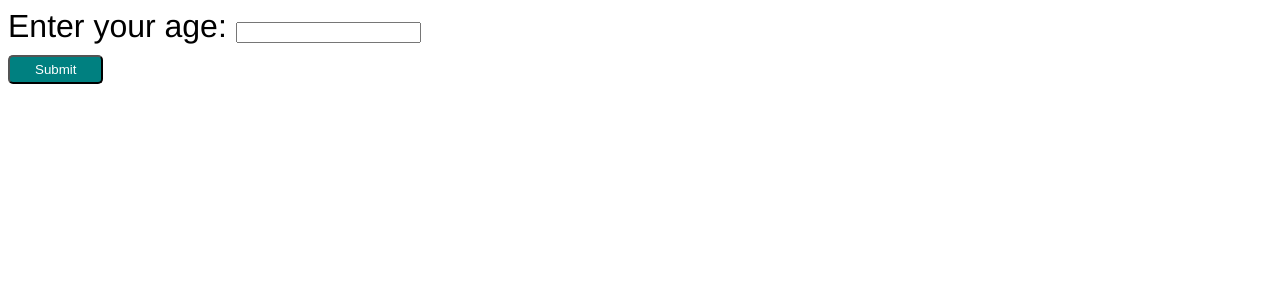
Repository: Apekshit-Yadav/myDotfiles
Page: Documents/GitHub/coding-projects/brojs/agepass/index.html
The author's editor kept a copy of each file at every save. The page is drawn from the files as they stood at one save, then again after the next save.
The browser window is 1280 px wide. The pictures show the whole page.

Above is the page before, as saved 2025-03-13 05:52:09.

### Documents/GitHub/coding-projects/brojs/agepass/index.html
<!DOCTYPE html>
<html lang="en">
<head>
    <meta charset="UTF-8">
    <meta name="viewport" content="width=device-width, initial-scale=1.0">
    <title>age check</title>
    <link rel="stylesheet" href="./style.css">
</head>
<body>
    <label>Enter your age:</label>
    <input type="text" id="myage"> <br>
    <button type="submit" id="submit">Submit</button>
    <p id="result"></p>

    <script src="./script.js"></script>
</body>
</html>

### Documents/GitHub/coding-projects/brojs/agepass/style.css
body{
    font-size: 2em;
    font-family: Helvetica, sans-serif;
}
button{
    padding: 5px 25px;
    border-radius: 5px;
    background-color: teal;
    color: white;
}
button:hover{
    background-color: blue;
}

Loaded but not shown: Documents/GitHub/coding-projects/brojs/agepass/script.js (no copy from this time; the picture is the same without it)

After the next save:
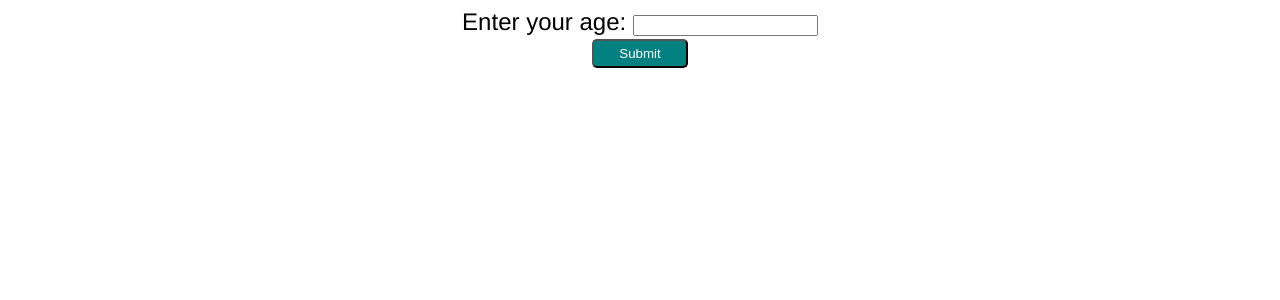
Saved 15 s later.
--- a/Documents/GitHub/coding-projects/brojs/agepass/style.css
+++ b/Documents/GitHub/coding-projects/brojs/agepass/style.css
@@ -1,5 +1,6 @@
 body{
-    font-size: 2em;
+    font-size: 1.5em;
+    text-align: center;
     font-family: Helvetica, sans-serif;
 }
 button{
